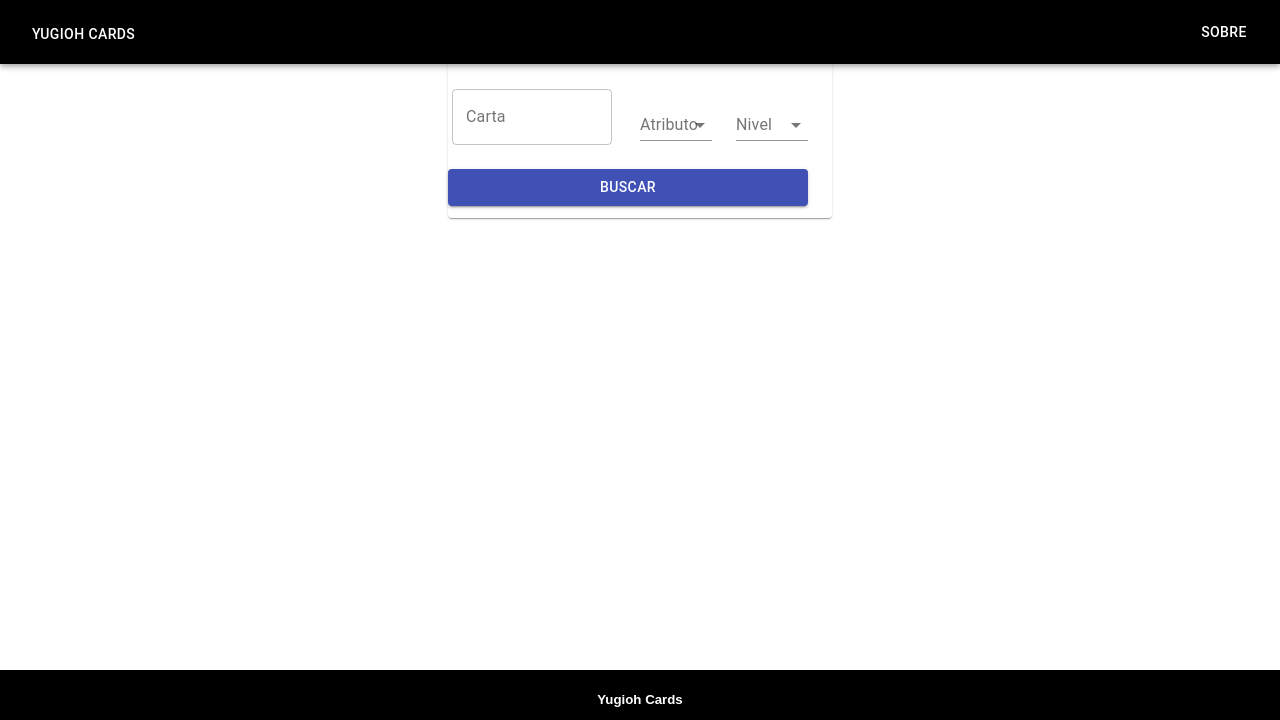
Repository: Skorfate/yugiohCard
Page: /
These files come from the project's save history. The page is drawn as it stood at one moment and after the next save; the edit follows.
The browser window is 1280 px wide. The pictures show the whole page.
The project was rebuilt for these pictures with package versions that can differ from the ones it lists, and the page was loaded fresh each time. Also part of the build but not shown: webpack.config.js, src/App.css, src/components/header/header.style.scss.

Above is the page before, as saved 2021-07-19 02:33:46.

After the next save:
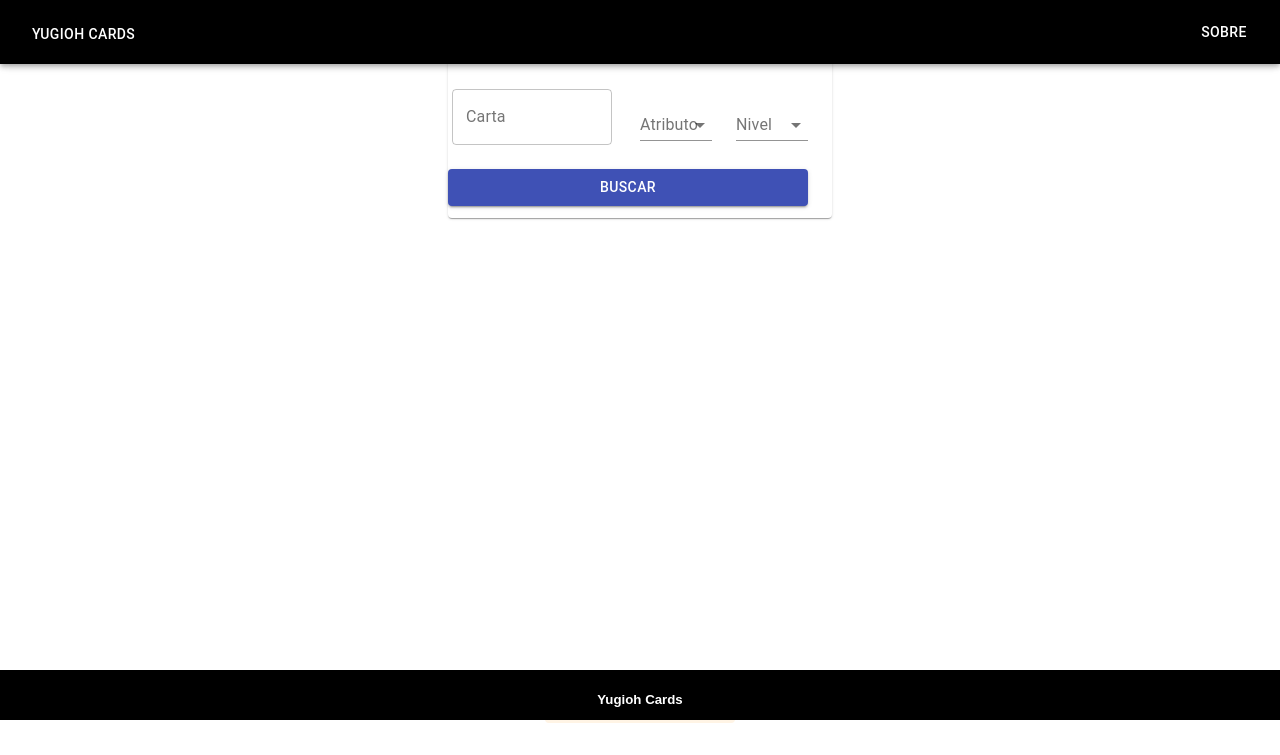
Saved 16 s later.
--- a/src/page/Home/Home.page.jsx
+++ b/src/page/Home/Home.page.jsx
@@ -35,7 +35,7 @@ const Home = () => {
                                 <Card cards={cards} />
                             </Grid>
                         }
-                        {item.length === 0 &&
+                        {cards.length === 0 &&
                             <NotFound/>
                         }
                     </Box>
